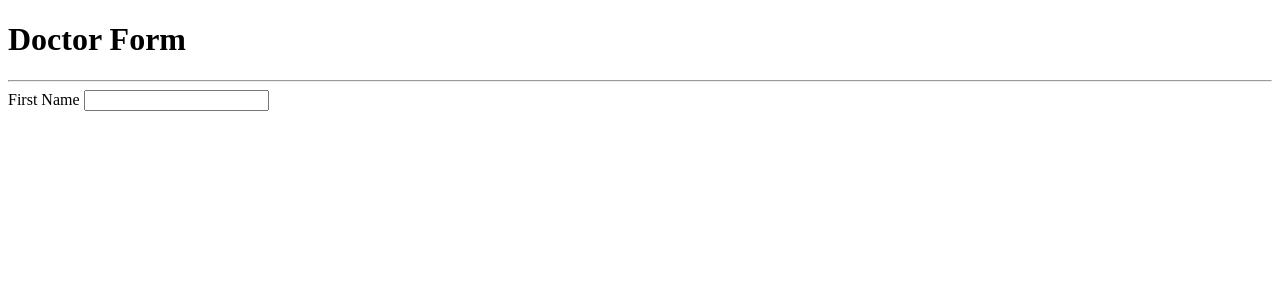
Repository: aayush105/Advance-Java
Page: http://localhost/Doctorpatient/Doctor.jsp
An editor plug-in stored every save of this project. The page is shown before and after the next save, followed by the edit.
The browser window is 1280 px wide. The pictures show the whole page.
The page is served by Tomcat 10. Other server files are loaded and not shown.

Above is the page before, as saved 2023-07-20 10:37:37.

### Doctorpatient/src/main/webapp/Doctor.jsp
<%@ page language="java" contentType="text/html; charset=UTF-8"
    pageEncoding="UTF-8"%>
<!DOCTYPE html>
<html>
<head>
<meta charset="UTF-8">
<title>Doctor</title>
</head>
<body>
<h1>Doctor Form</h1>
<hr>
<form action="DoctorServlet" method="POST">

First Name <input type ="text" name ="fname"><br><br>

</form>
</body>
</html>

After the next save:
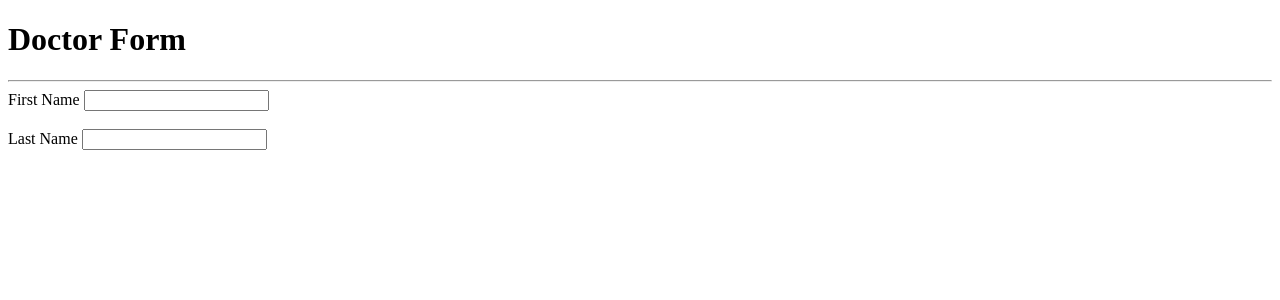
Saved 53 s later.
--- a/Doctorpatient/src/main/webapp/Doctor.jsp
+++ b/Doctorpatient/src/main/webapp/Doctor.jsp
@@ -12,6 +12,7 @@
 <form action="DoctorServlet" method="POST">
 
 First Name <input type ="text" name ="fname"><br><br>
+Last Name <input type ="text" name ="lname"><br><br>
 
 </form>
 </body>
